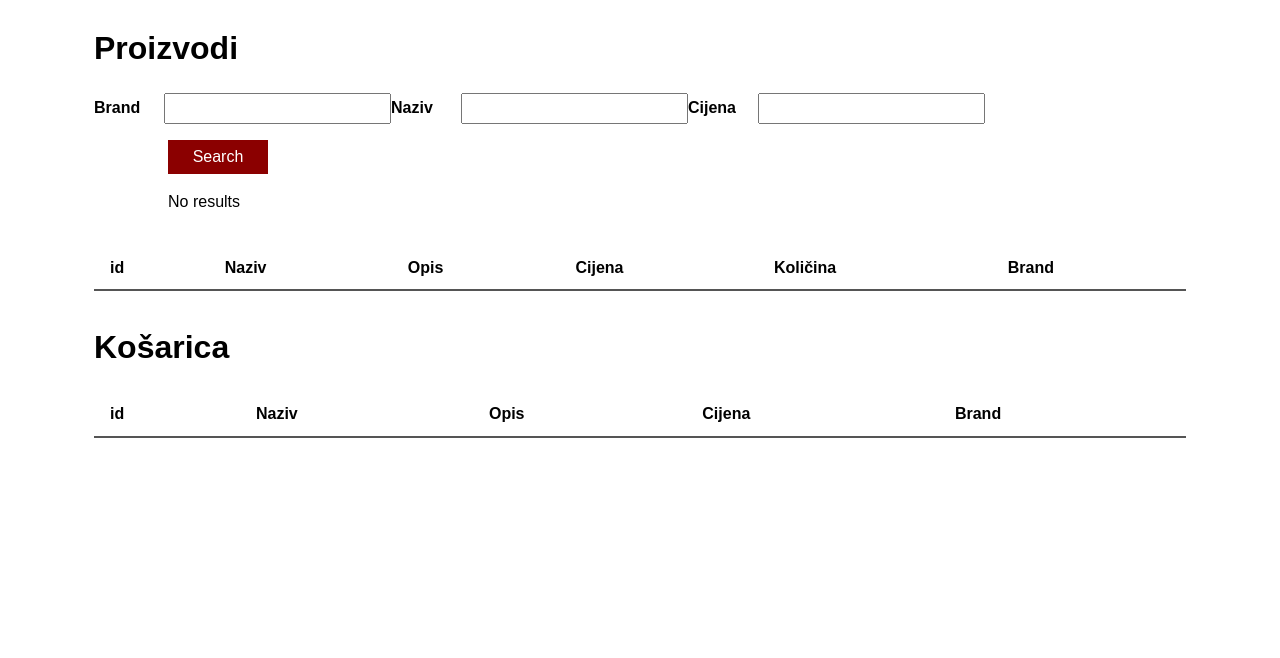
Repository: ivan-baljkas/pristupni_zadatak
Page: / (app in frontend/react-akademija-master/)
These files come from the project's save history. The page is drawn as it stood at one moment and after the next save; the edit follows.
The browser window is 1280 px wide. The pictures show the whole page.
The page's requests for data from a server got no answer. The project was rebuilt for these pictures with package versions that can differ from the ones it lists, and the page was loaded fresh each time. No one was signed in, and anything a server would have sent is missing. Also part of the build but not shown: frontend/react-akademija-master/src/components/TableItem.jsx, frontend/react-akademija-master/src/components/TableItem2.jsx.

Above is the page before, as saved 2021-07-26 10:44:24.

### frontend/react-akademija-master/public/index.html
<!DOCTYPE html>
<html lang="en">
  <head>
    <meta charset="utf-8" />
    <link rel="icon" href="%PUBLIC_URL%/favicon.ico" />
    <meta name="viewport" content="width=device-width, initial-scale=1" />
    <meta name="theme-color" content="#000000" />
    <meta
      name="description"
      content="Web site created using create-react-app"
    />
    <link rel="apple-touch-icon" href="%PUBLIC_URL%/logo192.png" />
    <!--
      manifest.json provides metadata used when your web app is installed on a
      user's mobile device or desktop. See https://developers.google.com/web/fundamentals/web-app-manifest/
    -->
    <link rel="manifest" href="%PUBLIC_URL%/manifest.json" />
    <!--
      Notice the use of %PUBLIC_URL% in the tags above.
      It will be replaced with the URL of the `public` folder during the build.
      Only files inside the `public` folder can be referenced from the HTML.

      Unlike "/favicon.ico" or "favicon.ico", "%PUBLIC_URL%/favicon.ico" will
      work correctly both with client-side routing and a non-root public URL.
      Learn how to configure a non-root public URL by running `npm run build`.
    -->
    <link rel="stylesheet" type="text/css" href="https://cdnjs.cloudflare.com/ajax/libs/normalize/8.0.1/normalize.min.css">
    <title>Ivan Baljkas</title>
  </head>
  <body>
    <noscript>You need to enable JavaScript to run this app.</noscript>
    <div id="root"></div>
    <!--
      This HTML file is a template.
      If you open it directly in the browser, you will see an empty page.

      You can add webfonts, meta tags, or analytics to this file.
      The build step will place the bundled scripts into the <body> tag.

      To begin the development, run `npm start` or `yarn start`.
      To create a production bundle, use `npm run build` or `yarn build`.
    -->
  </body>
</html>

### frontend/react-akademija-master/src/index.css
body {
  margin: 0;
  font-family: -apple-system, BlinkMacSystemFont, "Segoe UI", "Roboto", "Oxygen",
    "Ubuntu", "Cantarell", "Fira Sans", "Droid Sans", "Helvetica Neue",
    sans-serif;
  -webkit-font-smoothing: antialiased;
  -moz-osx-font-smoothing: grayscale;
}

body {
  max-width: 1140px;
  margin: 0 auto;
  padding: 24px;
  font-family: Arial, sans-serif;
  font-size: 16px;
  line-height: 1.5;
}

h1 {
  margin-top: 0;
}

html {
  box-sizing: border-box;
}
*,
*:before,
*:after {
  box-sizing: inherit;
}

table {
  border-collapse: collapse;
  text-align: left;
  margin-bottom: 2em;
  width: 100%;
}

thead {
  border-bottom: 2px solid #555;
}

thead th,
td {
  padding: 0.6em 1em;
}

tbody tr:nth-child(even) {
  background-color: #e9e9e9;
}

.pagination {
  text-align: center;
}

button {
  margin: 0 1.5em;
  background-color: darkred;
  color: white;
  border-width: 0;
  padding: 0.5em 1em;
  min-width: 100px;
}

button:disabled {
  opacity: 0.5;
}

.stats {
  border-bottom: 1px solid #555;
  padding-bottom: 1em;
  margin-bottom: 1em;
  text-align: center;
}

form div {
  margin-bottom: 1em;
}

form {
  margin-bottom: 2em;
}

form label {
  display: inline-block;
  min-width: 70px;
}

form button,
.result {
  margin-left: 74px;
}

form input {
  padding: 0.25em 0.5em;
}

form label {
  font-weight: bold;
}

### frontend/react-akademija-master/src/App.js
import React, {useState, useEffect} from "react";
import { SearchForm } from "./components/SearchForm";
import { CollectionTable } from "./components/CollectionTable";
import { TableItem } from "./components/TableItem";
import { TableItem2 } from "./components/TableItem2";
import { CollectionTable2 } from "./components/CollectionTable2";


const App = () => {

  const [state, setState]= useState({
      proizvodi:[],
      odabraniProizvodi:[],
      brandovi: [],
      searchQuery:'',
      brand:'',
      narudzbaId: 1
  });

  const [queryResult, setQueryResult]= useState('No results');


  /* Dohvaćanje proizvoda */
useEffect(() => {
  fetch(`http://localhost:8080/api/proizvod`)
    .then((data) => data.json())
    .then((data) => {
      console.log(data)
      setState({...state, proizvodi:data})
    })
    .catch((error)=>{
        console.log('Error: ',error);
    });

    fetch(`http://localhost:8080/api/brand`)
    .then((data) => data.json())
    .then((data) => {
      console.log(data)
      setState({...state, brandovi:data})
    })
    .catch((error)=>{
        console.log('Error: ',error);
    });
},[]);

const handleSearch = (event) => {
  event.preventDefault();

};

const handleQueryChange = (event) => {
  const value = event.currentTarget.value;
  setState({ ...state, searchQuery: value });
  };


const handleDodajProizvod = (proizvodId) => {

  const data = { narudzbaId: state.narudzbaId, proizvodId: proizvodId };


  fetch('http://localhost:8080/api/narudzba-proizvod', {
        method: 'POST',
        headers: {
        'Content-Type': 'application/json',
        },
        body: JSON.stringify(data),
        })
        .then(response => response.json())
        .then(data => {
        console.log('Success:', data);
          })
      .catch((error) => {
      console.error('Error:', error);
        });


  let newProizvodi = state.proizvodi;
  newProizvodi.forEach(p=>{
    if(p.id === proizvodId){
        p.kolicina=p.kolicina-1;
    }
  });


  fetch(`http://localhost:8080/api/proizvod/${proizvodId}`)
  .then((data) => data.json())
  .then((data) => {
    setState({...state,
                proizvodi:newProizvodi.filter(p=> p.kolicina>0),
               odabraniProizvodi:[...state.odabraniProizvodi, data]
              });

  })
  .catch((error)=>{
      console.log('Error: ',error);
  });

};


const handleUkloniProizvod = (proizvodId) => {

  fetch(`http://localhost:8080/api/narudzba-proizvod/${state.narudzbaId}/${proizvodId}`,
  { method: 'DELETE' })

  let newProizvodi = state.proizvodi;
  newProizvodi.forEach(p=>{
    if(p.id === proizvodId){
        p.kolicina=p.kolicina+1;
    }
  });

  let proizvodZaIzbaciti;
  let newodabraniProizvodi = state.odabraniProizvodi;
  newodabraniProizvodi.forEach(p=>{
    if(p.id === proizvodId){
        proizvodZaIzbaciti = p;
    }
  })

  const index = newodabraniProizvodi.indexOf(proizvodZaIzbaciti);
  newodabraniProizvodi.splice(index, 1)

  setState({...state,
    odabraniProizvodi:newodabraniProizvodi
   });

};

  return (
    <div>
      <header>
        <h1>
          Proizvodi
        </h1>
      </header>
      <SearchForm state={state}  handleSearch={handleSearch} handleQueryChange={handleQueryChange}>
          {queryResult}
        </SearchForm>
        <CollectionTable>
        {state.proizvodi.map(proizvod=>(
          <TableItem id={proizvod.id} {...proizvod} brandovi={state.brandovi} handleDodajProizvod={handleDodajProizvod}/>
        ))}
        </CollectionTable>
        <h1>
          Košarica
        </h1>
        <CollectionTable2>
        {state.odabraniProizvodi.map(proizvod=>(
          <TableItem2 id={proizvod.id} {...proizvod} brandovi={state.brandovi} handleUkloniProizvod={handleUkloniProizvod}/>
        ))}
        </CollectionTable2>
    </div>
  );
};

export default App;

### frontend/react-akademija-master/src/components/SearchForm.jsx
import React from 'react'

export const SearchForm = (props) =>{

    return(
        <div>
            <form  onClick={props.handleSearch}>
            <div>

                <label htmlFor="query">Brand</label>
                <input type="text" id="query" name="query" onChange={props.handleQueryChange}/>

                <label htmlFor="query">Naziv</label>
                <input type="text" id="query" name="query" onChange={props.handleQueryChange}/>

                <label htmlFor="query">Cijena</label>
                <input type="text" id="query" name="query" onChange={props.handleQueryChange}/>
            </div>
            <div>
                <button type="submit">Search</button>
                <p class="result">{props.children}</p>
            </div>

            </form>

        </div>
    );
};

### frontend/react-akademija-master/src/components/CollectionTable.jsx
import React from 'react'

export const CollectionTable = (props) =>{

    return(
        <div>
            <table>
            <thead>
                <tr>
                    <th>id</th>
                    <th>Naziv</th>
                    <th>Opis</th>
                    <th>Cijena</th>
                    <th>Količina</th>
                    <th>Brand</th>
                </tr>
            </thead>
             <tbody>
                {props.children}
            </tbody>

            </table>
        </div>
    );
};

### frontend/react-akademija-master/src/components/CollectionTable2.jsx
import React from 'react'

export const CollectionTable2 = (props) =>{

    return(
        <div>
            <table>
            <thead>
                <tr>
                    <th>id</th>
                    <th>Naziv</th>
                    <th>Opis</th>
                    <th>Cijena</th>
                    <th>Brand</th>
                </tr>
            </thead>
             <tbody>
                {props.children}
            </tbody>

            </table>
        </div>
    );
};

Loaded but not shown: frontend/react-akademija-master/src/index.js (common file); frontend/react-akademija-master/src/reportWebVitals.js (common file)

After the next save:
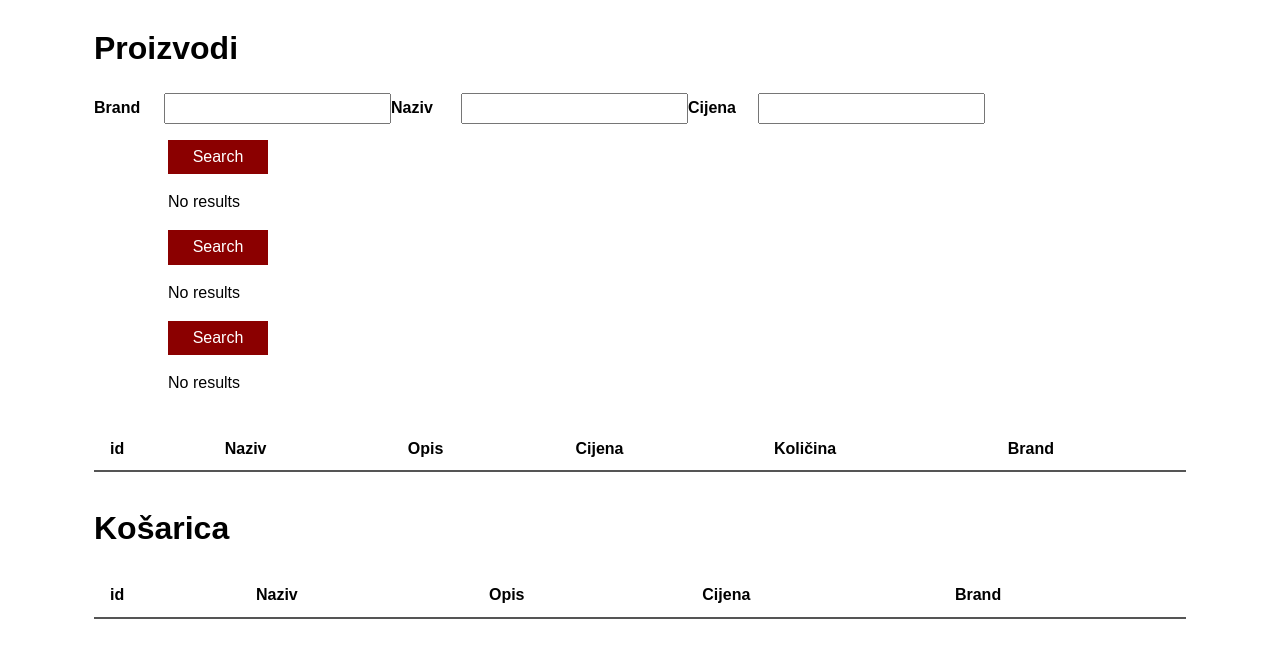
Saved 21 s later.
--- a/frontend/react-akademija-master/src/components/SearchForm.jsx
+++ b/frontend/react-akademija-master/src/components/SearchForm.jsx
@@ -19,6 +19,10 @@ export const SearchForm = (props) =>{
             <div>
                 <button type="submit">Search</button>
                 <p class="result">{props.children}</p>
+                <button type="submit">Search</button>
+                <p class="result">{props.children}</p>
+                <button type="submit">Search</button>
+                <p class="result">{props.children}</p>
             </div>
 
             </form>
